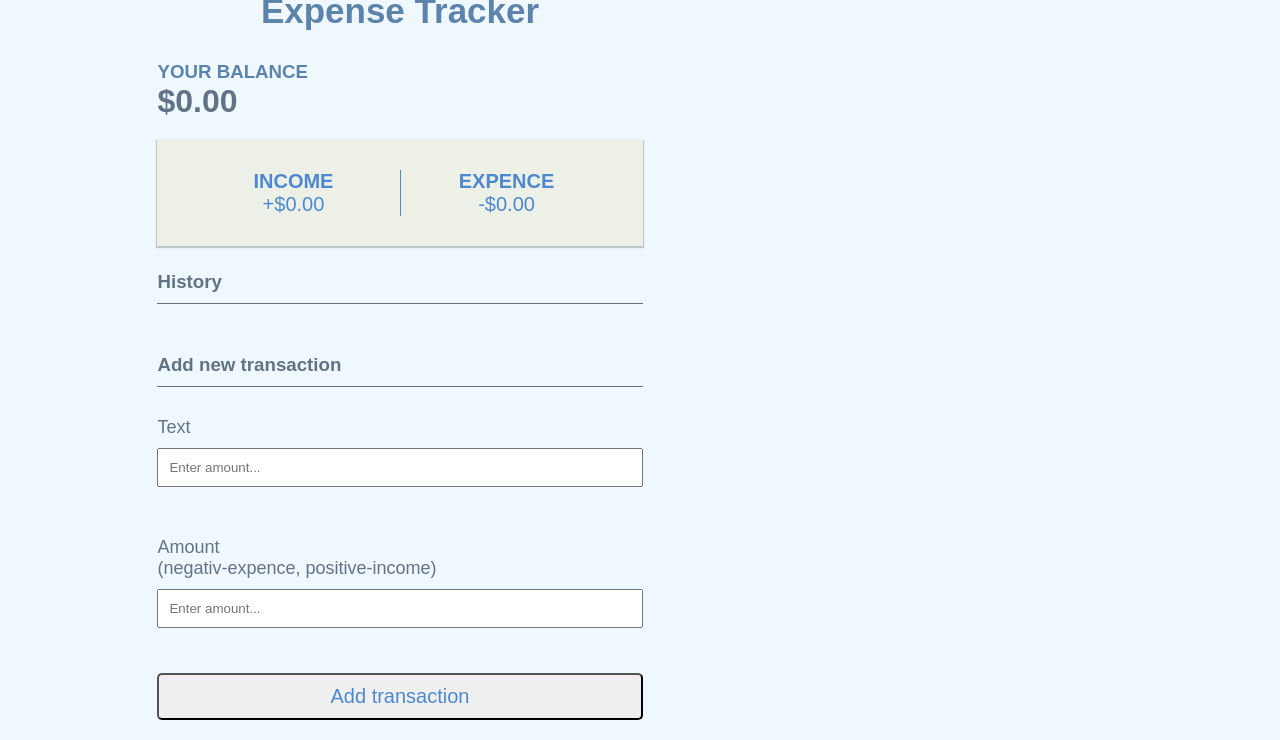
Repository: AbrorjonKuchkarov/expence-tracker-
Page: index.html
The author's editor kept a copy of each file at every save. The page is drawn from the files as they stood at one save, then again after the next save.
The browser window is 1280 px wide. The pictures show the whole page.

Above is the page before, as saved 2022-03-01 15:08:20.

After the next save:
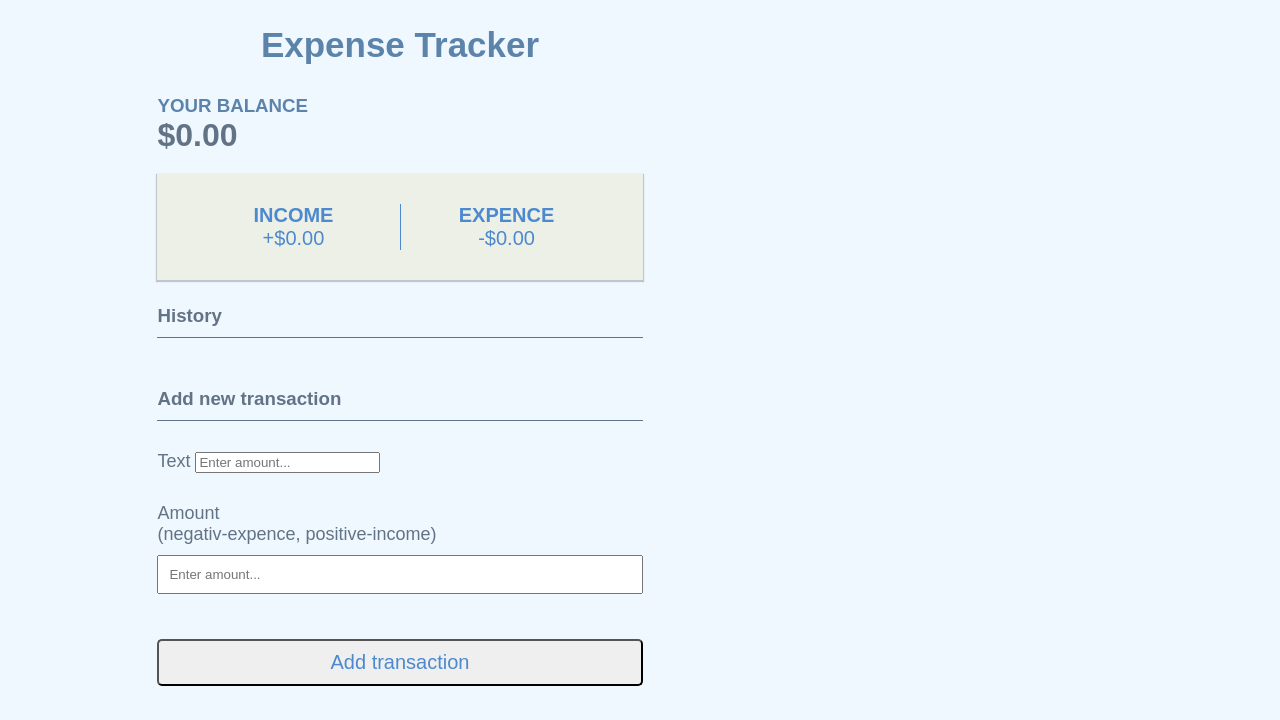
Saved 100 min 10 s later.
--- a/index.html
+++ b/index.html
@@ -36,12 +36,12 @@
       <form id="form">
          <div class="form-control">
             <label for="text">Text</label>
-            <input type="text" id="amount" placeholder="Enter amount..." >
+            <input type="text" id="text" placeholder="Enter amount..." >
          </div>
          <div class="form-control">
             <label for="amount">Amount <br>
             (negativ-expence, positive-income)</label>
-            <input type="number" id="number" placeholder="Enter amount...">
+            <input type="number" id="amount" placeholder="Enter amount...">
          </div>
          <button class="btn">Add transaction</button>
       </form>
